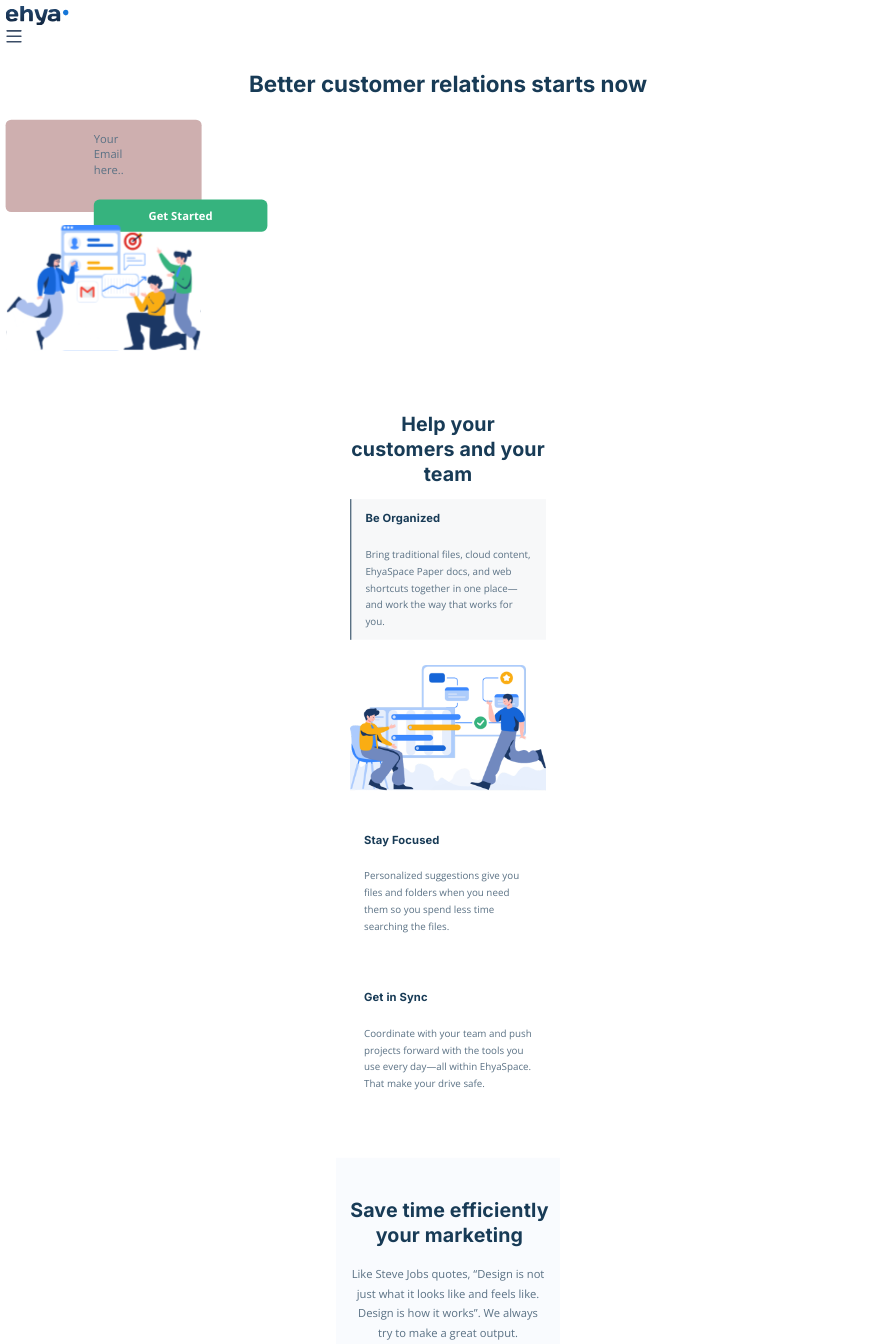
Repository: umlaufissss/provaFront
Page: HTML/index.html
An editor plug-in stored every save of this project. The page is shown before and after a run of saves, followed by the edit.
The browser window is 1280 px wide. The pictures show the part of the page from y = 0 to 1920 px (the page is 3531 px tall), at 70% of full size.
Some web fonts or font styles are not loaded; a fallback is used.

Above is the page before, as saved 2026-06-22 19:34:08.

### HTML/index.html
<!DOCTYPE html>
<html lang="pt-br">
<head>
    <meta charset="UTF-8">
    <meta name="viewport" content="width=device-width, initial-scale=1.0">
    <link rel="stylesheet" href="../CSS/style.css">
    <link href="https://fonts.googleapis.com/css2?family=Inter:ital,opsz,wght@0,14..32,100..900;1,14..32,100..900&family=Montserrat:ital,wght@0,100..900;1,100..900&family=Paytone+One&display=swap" rel="stylesheet">
    <link href="https://fonts.googleapis.com/css2?family=Inter:ital,opsz,wght@0,14..32,100..900;1,14..32,100..900&family=Montserrat:ital,wght@0,100..900;1,100..900&family=Open+Sans:ital,wght@0,300..800;1,300..800&family=Paytone+One&display=swap" rel="stylesheet">

    <title>Prova de Recuperação Front End</title>
</head>
<body>

    <header class="mainGrid">
        <section class="generalCard">

            <section class="topCima">

                <!-- logo -->
                <div class="sonnImg">
                    <img src="/assets/icons/Logo.svg" alt="logo">
                </div>

                <div class="menu">
                    <img src="/assets/icons/ic_Menu (1).svg" alt="menu">
                </div>

            </section>

            <section class="meio">
                <div class="phrase">
                        <h1>Better customer relations starts now<h1>
                </div>

                <div class="card">
                    <p>Your Email here..<p>

                    <button type="button" class="button-submit">Get Started</button>

                </div>

                <div class="imagemTop">
                    <img src="/assets/img/Customer Development.svg" alt="imagemInicio">
                </div>

            </section>




        </section>
    </header>


    <main class="masterBoard">

        <section class="hero" id="teamSuggestions">

            <!-- Aqui a linha não é quebrada como proposto no Figma,
             mas seus valores de width e height são idênticos no CSS
             VEJA: "#teamSuggestions h2" em style.css-->
            <h2>Help your customers and your team</h2>

            <article class="cardSuggestions" id="beOrganized">
                <h3>
                    Be Organized
                </h3>
                <p>
                    Bring traditional files, cloud content,
                    EhyaSpace Paper docs, and web
                    shortcuts together in one
                    place—and work the way that works
                    for you.
                </p>
            </article>

            <img src="../assets/img/Organize Operations.png" alt="Organize Operations with Your Team">

            <article class="cardSuggestions">
                <h3>
                    Stay Focused
                </h3>
                <p>
                    Personalized suggestions give you
                    files and folders when you need
                    them so you spend less time
                    searching the files.
                </p>
            </article>

            <article class="cardSuggestions">
                <h3>Get in Sync</h3>
                <p>
                    Coordinate with your team and push
                    projects forward with the tools you
                    use every day—all within EhyaSpace.
                    That make your drive safe.
                </p>
            </article>
        </section>

    </main>

        <section class="second" id="saveTime">

            <h2>
                Save time efficiently your marketing
            </h2>

            <p>
                Like Steve Jobs quotes, “Design is not
                just what it looks like and feels like.
                Design is how it works”. We always
                try to make a great output.
            </p>

            <a class="btnLearn" href="/">
                <button type="button" aria-label="Click here to learn more">
                    Learn More <img src="../assets/icons/arrow.png">
                </button>
            </a>

            <img class="woman" src="../assets/img/Woman Falling.png" alt="Woman learning marketing">

            <img class="line" id="dotted" src="../assets/img/Line.png">

            <article class="quoteAndries">

                <!-- Aqui a linha não é quebrada como proposto no Figma,
                 mas seus valores de width e height são idênticos no CSS
                 VEJA: "#saveTime .quoteAndries p" em style.css-->
                <p>
                    “In-context messaging lets us form 1:1
                    connections  with our users
                    more efficient.
                </p>

                <h3>Andries Grootoonk</h3>
                <h4>VP Quality Assurance</h4>

                <img src="../assets/img/LogoUnionBank.png" alt="Logo of Union Bank">
            </article>
        </section>

        <section class="third" id="support">
            <h2>We try to give all for our member</h2>
            <p>
                The customer journey differs for
                everybody—whether you use them
                together or on their own, our
                products are flexible enough to pave
                 the path that’s best for you.
            </p>

            <h3>The Support Site</h3>

            <a class="btnSupport" href="/">
                <button type="button" aria-label="Click here to have the full service experience">
                    The full service experience <img src="../assets/icons/whiteArrow.png" alt="White Arrow">
                </button>
            </a>

            <section></section>
        </section>

        <footer class="baseboard">
            <section class="principalBaseboard">
                <div class="cardFooter">
                    <h4>Product</h4>
                    <ul>
                        <li><a href="/">Landingpage</a></li>
                        <li><a href="/">Features</a></li>
                        <li><a href="/">Documentation</a></li>
                        <li><a href="/">Referral Program</a></li>
                        <li><a href="/">Pricing</a></li>
                    </ul>
                </div>

                <div class="cardFooter">
                    <h4>Services</h4>
                    <ul>
                        <li><a href="/">Documentation</a></li>
                        <li><a href="/">Design</a></li>
                        <li><a href="/">Themes</a></li>
                        <li><a href="/">Illustrations</a></li>
                        <li><a href="/">UI Kit</a></li>
                    </ul>
                </div>

                <div class="cardFooter">
                    <h4>Company</h4>
                    <ul>
                        <li><a href="/">About</a></li>
                        <li><a href="/">Terms</a></li>
                        <li><a href="/">Privacy Policy</a></li>
                        <li><a href="/">Careers</a></li>
                    </ul>
                </div>

                <div class="cardFooter">
                    <h4>More</h4>
                    <ul>
                        <li><a href="/">Documentation</a></li>
                        <li><a href="/">License</a></li>
                        <li><a href="/">Changelog</a></li>
                    </ul>
                </div>
            </section>

            <section class="bottomBaseboard">

                <div class="mainIcon">
                    <img src="/assets/icons/Logo.svg" alt="Logo 'ehya' do site">
                </div>

                <p>Build a modern and creative website with crealand</p>

                <div class="networkIcons">
                    <article class="icon">
                        <a href="/"><button><img src="/assets/icons/IconG.svg" alt="Ir para página Google"></button></a>
                    </article>

                    <article class="icon">
                        <a href="/"><button><img src="/assets/icons/IconT.svg" alt="Ir para nosso perfil do Twitter"></button></a>
                    </article>

                    <article class="icon">
                        <a href="/"><button><img src="/assets/icons/IconI.svg" alt="Ir para nosso perfil do Instagram"></button></a>
                    </article>

                    <article class="icon">
                        <a href="/"><button><img src="/assets/icons/IconL.svg" alt="Ir para nosso perfil do Linkedin"></button></a>
                    </article>

                    </div>
                </section>
        </footer>
</body>
</html>

### CSS/style.css
:root
{
    --color-white: #FFF;
    --color-vibrant-green: #36B37E;
    --color-bright-gray: #F9FBFE;
    --color-brigther-gray: #F9FBFE;
    --color-navy-blue: #183B56;
    --color-vibrant-dark-blue: #1565D8;
    --color-steel-blue: #5A7184;
    --color-gray: #B3BAC5;
    --color-dotted-line: #9DAAB6;
    --color-light-green: #EBF8F3;

    /*Opacidade*/
    --color-steel-blue-opacity10: rgba(179, 186, 197, 0.1);
}

*
{
    box-sizing: border-box;
}

.mainGrid
{
    margin: 0px;
    color: var(--color-light-green);

}

/* logo*/
.soonImg img{
  display: flex;
  justify-content: space-between;
  align-items: center;
  margin:0px;
}


.meio .phrase h1{
    font-family: "Inter" , sans-serif;
    color: #183B56;
    font-weight: 300 ;

    font-family: Inter;
    font-weight: 700;
    font-size: 32px;
    text-align: center;

}

.card{
    display: grid;
    text-align: center;
    background-color: rgb(206, 175, 175);
    color: #5A7184;

    width: 280px;
    height: 132px;
    top: 206px;
    left: 20px;


    border-radius: 8px;
    justify-content: center;
    align-items: center;
}

.card p{
    font-family: "Open Sans";
    width: 28px;
}


.card button{
    font-family: Open Sans;
    background-color: #36B37E;
    color: white;

    height: 46px;
    width: 248px;
    border: 0px;
    border-radius: 8px;

    font-weight: 700;
    font-size: 16px;


}

.meio .imagemTop img{
    width: 280px;
    height: 180px;

    margin: 18px 0 18px;

}



.masterBoard
{
    padding: 0 20px;
    background-color: var(--color-white);

    width: 320px;
    justify-self: center;
}

#teamSuggestions
{
    display: flex;
    flex-direction: column;
    justify-self: center;

    padding: 64px 0 56px;
}
#teamSuggestions h2
{
    font-family: "Inter", sans-serif;
    font-weight: 700;
    font-size: 28px;
    line-height: 36px;
    letter-spacing: 0.2px;
    text-align: center;

    color: var(--color-navy-blue);

    margin: 0;

    width: 280px;
    height: 108px;
}

#teamSuggestions .cardSuggestions
{
    width: 280px;
    height: 201px;
    display: flex;
    flex-direction: column;
    justify-content: center;

    margin: 12px 0;
}

#teamSuggestions .cardSuggestions h3
{
    font-family: "Inter",sans-serif;
    font-weight: 700;
    font-size: 16px;
    line-height: 20px;
    letter-spacing: 0.2px;

    color: var(--color-navy-blue);

    margin-left: 20px;
}

#teamSuggestions .cardSuggestions p
{
    font-family: Open Sans;
    font-weight: 400;
    font-size: 14px;
    line-height: 24px;
    letter-spacing: 0px;

    color: var(--color-steel-blue);
    margin-left: 20px;

    width: 240px;
}

#teamSuggestions img
{
    width: 280px;
    height: 180px;

    margin: 18px 0 18px;
}

#teamSuggestions #beOrganized
{

    background-color: var(--color-steel-blue-opacity10);
    border-left: 2px solid var(--color-steel-blue);

    margin: 18px 0;
}

#saveTime
{
    padding: 56px 20px 58px;
    background-color: var(--color-brigther-gray);

    width: 320px;
    display: flex;
    flex-direction: column;
    justify-self: center;
    text-align: center;
}

#saveTime h2
{
    font-family: "Inter", sans-serif;
    font-weight: 700;
    font-size: 28px;
    line-height: 36px;
    letter-spacing: 0.2px;
    text-align: center;

    color: var(--color-navy-blue);

    width: 284px;
    height: 72px;

    margin: 0;
}

#saveTime p
{
    font-family: "Open Sans", sans-serif;
    font-weight: 400;
    font-size: 16px;
    line-height: 28px;
    letter-spacing: 0px;
    text-align: center;

    color: var(--color-steel-blue);

    width: 280px;
    height: 112px;

    margin: 24px 0;
}

#saveTime .btnLearn
{
    display: flex;

    justify-content: center;
    margin-bottom: 34px;

    text-decoration: none;

}

#saveTime .btnLearn button
{
    font-family: "Open Sans", sans-serif;
    font-weight: 700;
    font-size: 16px;
    line-height: 100%;
    letter-spacing: 0px;

    background-color: transparent;
    border: none;
    color: var(--color-vibrant-dark-blue);
}

#saveTime .btnLearn button img
{
    margin-left: x;
}

#saveTime .woman
{
    width: 280px;
    height: 192px;
}

#saveTime #dotted.line
{
    margin: 40px 0 37px;
}

#saveTime .quoteAndries p
{
    font-family: "Open Sans", sans-serif;
    font-weight: 400;
    font-size: 14px;
    line-height: 24px;
    letter-spacing: 0px;
    text-align: center;

    width: 280px;
    height: 72px;

    margin: 0;

    color: var(--color-steel-blue);
}

#saveTime .quoteAndries h3
{
    font-family: "Open Sans", sans-serif;
    font-weight: 600;
    font-size: 16px;
    line-height: 100%;
    letter-spacing: 0px;

    color: var(--color-navy-blue);

    margin: 20px 0 7px;
}

#saveTime .quoteAndries h4
{
    font-family: Open Sans;
    font-weight: 400;
    font-size: 14px;
    line-height: 20px;
    letter-spacing: 0px;
    text-align: center;

    color: var(--color-steel-blue);

    margin: 0 0 20px;
}

#saveTime .quoteAndries img
{
    width: 102.85px;
    height: 34.1px;
}

.cardFooter ul{
    list-style-type: none;
    margin: 15px;
    margin: 0px;
    padding: 0px;

}
.cardFooter a{
    font-family: "Open Sans", sans-serif;
    font-size: 14px;
    color: var(--color-navy-blue);
    text-decoration: none;
}

After the next 2 saves:
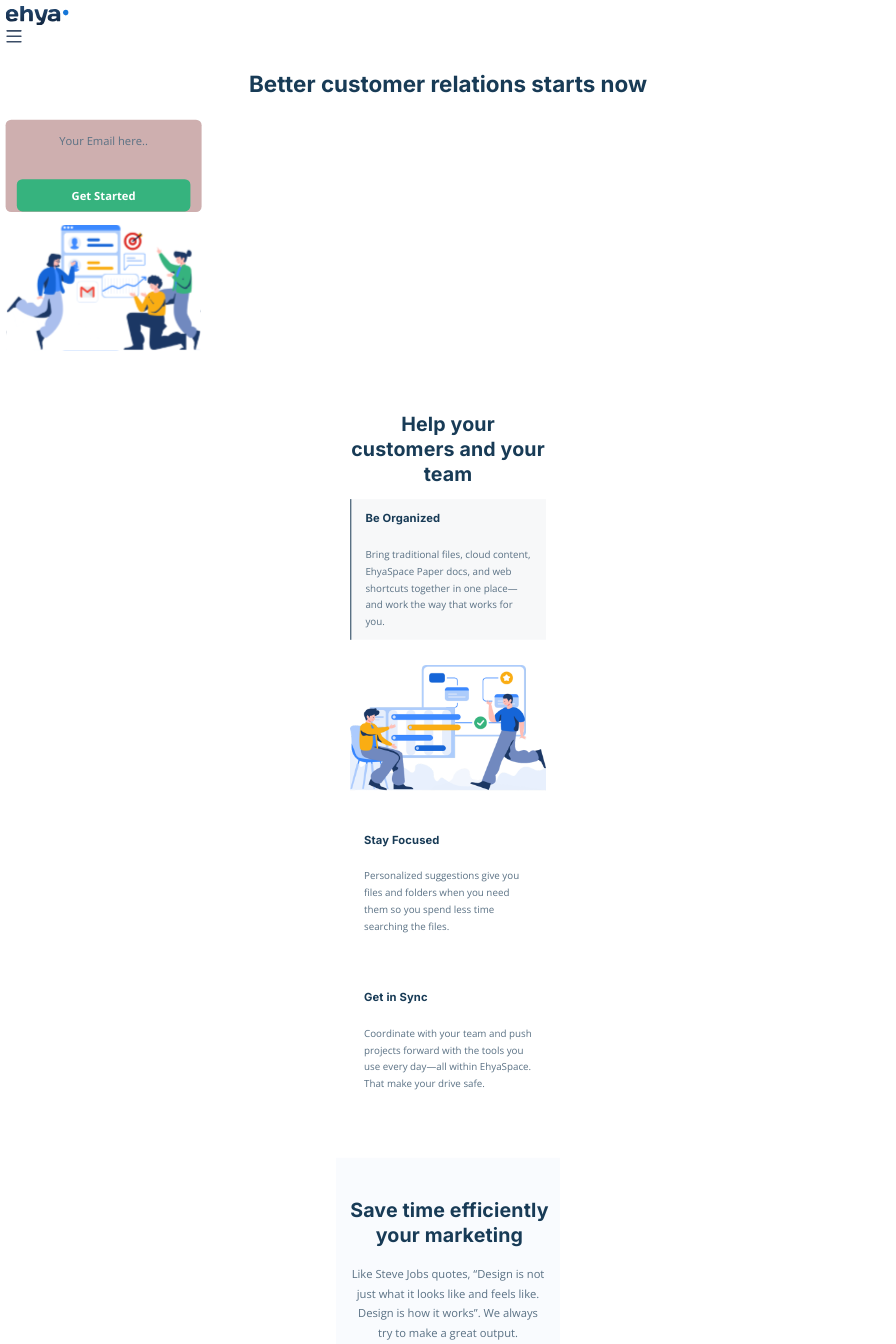
The 2 saves are shown as one change because they came seconds apart.
The last was saved 10 s later.
--- a/CSS/style.css
+++ b/CSS/style.css
@@ -67,7 +67,7 @@
 
 .card p{
     font-family: "Open Sans";
-    width: 28px;
+    height: 28px;
 }
 
 
